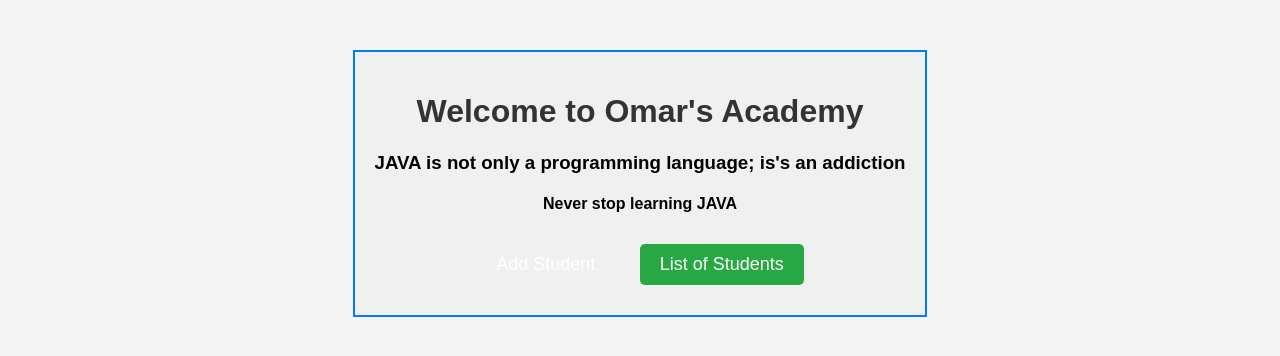
Repository: OmarFaruq97/JspServlet
Page: http://localhost/Form/
An editor plug-in stored every save of this project. The page is shown before and after the next save, followed by the edit.
The browser window is 1280 px wide. The pictures show the whole page.
The pointer rests on the first visible `.green-btn`.
The page is served by Tomcat 9. Other server files are loaded and not shown.

Above is the page before, as saved 2025-02-07 16:39:25.

### Form/src/main/webapp/index.jsp
<%@ page language="java" contentType="text/html; charset=UTF-8"  pageEncoding="UTF-8"%>
<!DOCTYPE html>
<html lang="en">
<head>
<meta charset="UTF-8">
<title>Home Page</title>
    <style >
    	body {
    font-family: Arial, sans-serif;
    text-align: center;
    background-color: #f4f4f4;
    margin: 0;
    padding: 0;
}

.container {
    margin-top: 50px;
    border: 2px solid black;
    padding: 20px;
    display: inline-block;
     transition: all 0.3s ease;
     background-color: #9a8ccf;
}
.container:hover {
    background-color: #f0f0f0; /* Change the background color on hover */
    border-color: #007BFF; /* Change the border color on hover */
}


h1 {
    color: #333;
}

.buttons {
    margin-top: 20px;
}

.buttons a {
    display: inline-block;
    padding: 10px 20px;
    text-decoration: none;
    font-size: 18px;
    border-radius: 5px;
    margin: 10px;
    color: white;
}

.green-btn {
    background-color: #28A745;
    color: white; /* Ensures text is visible */
    padding: 10px 20px;
    border: none;
    border-radius: 5px;
    cursor: pointer;
    transition: background-color 0.3s ease-in-out;
}



.green-btn {
    background-color: #28A745;

}

.yellow-btn {
    background-color: #FFC107;
}

    </style>
</head>
<body>
    <div class="container">
        <h1>Welcome to Omar's  Academy</h1>
        <h3>JAVA is not only a programming language; is's an addiction</h3>
        <h4>Never stop learning JAVA</h4>
        <div class="buttons">
            <a class="blue-btn" href="pages/MainForm.jsp">Add Student</a>
            <a class="green-btn" href="pages/list-students.jsp">List of Students</a>
            <!-- <a class="yellow-btn" href="pages/update-student.jsp">Update Student</a> -->
        </div>
    </div>
</body>
</html>

After the next save:
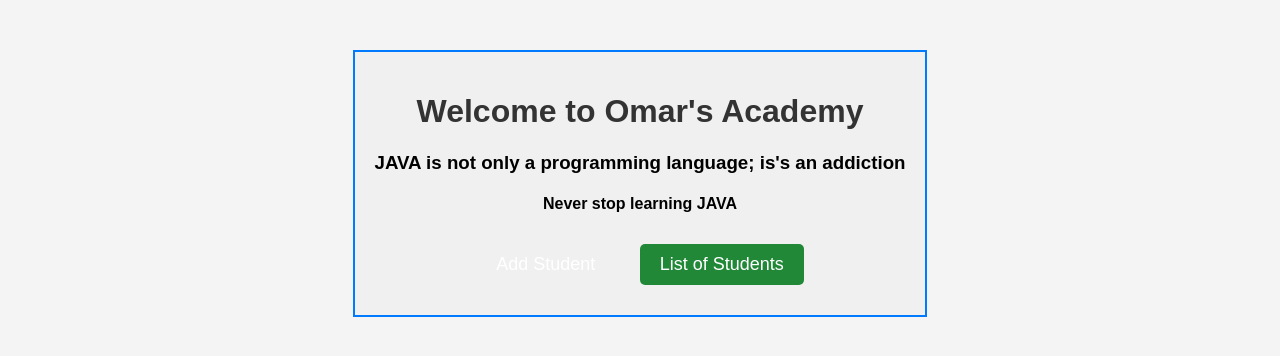
Saved 19 s later.
--- a/Form/src/main/webapp/index.jsp
+++ b/Form/src/main/webapp/index.jsp
@@ -55,6 +55,9 @@
     transition: background-color 0.3s ease-in-out;
 }
 
+.green-btn:hover {
+    background-color: #218838; /* Darker green on hover */
+}
 
 
 .green-btn {
